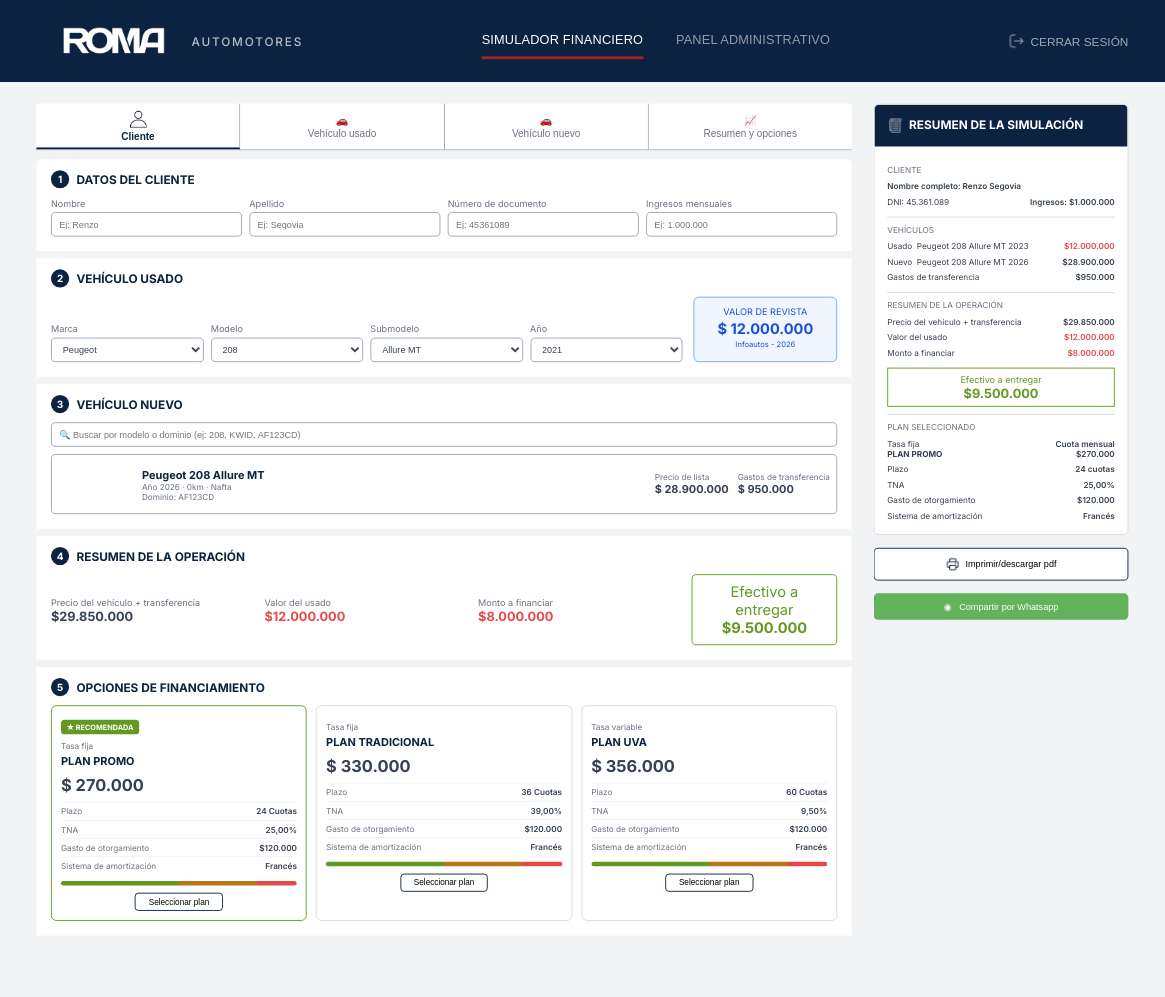
Repository: PPIII-9-012/Roma-System
Page: public/index.html
These files come from the project's save history. The page is drawn as it stood at one moment and after the next save; the edit follows.
The browser window is 1280 px wide. The pictures show the whole page, at 91% of full size.

Above is the page before, as saved 2026-08-22 13:08:04.

### public/index.html
<!DOCTYPE html>
<html lang="es">
<head>
    <meta charset="UTF-8">
    <meta name="viewport" content="width=device-width, initial-scale=1.0">
    <title>Simulador Financiero — Roma Automotores</title>
    <link rel="preconnect" href="https://fonts.googleapis.com">
    <link href="https://fonts.googleapis.com/css2?family=Inter:wght@400;500;600;700&display=swap" rel="stylesheet">
    <style>
        * {
            box-sizing: border-box;
            margin: 0;
            padding: 0;
        }
        body {
            font-family: 'Inter', system-ui, sans-serif;
        }
        .navbar {
            height: 90px;
            background: #0B2341;
            color: #FFFFFF;
            display: flex;
            align-items: center;
            justify-content: space-between;
            padding: 0 40px;
            position: sticky;
            top: 0;
            z-index: 50;
        }
        .navbar-left,
        .navbar-links,
        .navbar-logout {
            display: flex;
            align-items: center;
        }
        .navbar-left {
            gap: 14px;
        }
        .navbar-links {
            gap: 36px;
        }
        .navbar-logo {
            width: auto;
            height: 70px;
            display: block;
        }
        .navbar-brand {
            font-size: 13px;
            opacity: .7;
            letter-spacing: 2px;
            font-weight: 500;
        }
        .navbar-brand,
        .navbar-link,
        .navbar-logout {
            color: #FFFFFF;
        }
        .navbar-link {
            font-size: 14px;
            opacity: .55;
            text-decoration: none;
            padding-bottom: 4px;
            letter-spacing: .2px;
            transition: opacity .15s;
            position: relative;
        }
        .navbar-link:hover {
            opacity: .85;
        }
        .navbar-link.active {
            opacity: 1;
        }
        .navbar-link.active::after {
            content: "";
            position: absolute;
            left: 0;
            right: 0;
            bottom: -10px;
            height: 3px;
            background: #a52222;
        }
        .navbar-logout {
            font-size: 13px;
            opacity: .6;
        }
        .navbar-logout:hover {
            opacity: 1;
        }
        .navbar-link,
        .navbar-logout {
            background: transparent;
            border: 0;
            cursor: pointer;
        }
        .navbar-logout {
            gap: 6px;
        }
        .logout-logo {
            width: auto;
            height: 18px;
            display: block;
        }
        body {
            background: #F1F3F4;
            color: #374151;
        }
        .app {
            display: flex;
            max-width: 1440px;
            margin: 0 auto;
            align-items: flex-start;
        }
        .main-col {
            flex: 1;
            min-width: 0;
            padding: 24px 24px 60px 40px;
        }
        .side-col {
            width: 320px;
            flex-shrink: 0;
            padding: 24px 40px 60px 0;
            position: sticky;
            top: 90px;
        }
        .progress-tabs {
            background: #FFFFFF;
            display: flex;
            border-bottom: 1px solid #9CA3AF;
            margin-bottom: 10px;
        }
        .progress-tab {
            flex: 1;
            min-width: 0;
            min-height: 50px;
            display: flex;
            flex-direction: column;
            align-items: center;
            justify-content: center;
            gap: 2px;
            padding: 5px 8px;
            background: #FFFFFF;
            border: 0;
            border-right: 1px solid #9CA3AF;
            color: #6B7280;
            cursor: pointer;
            font-size: 11px;
        }
        .progress-tab:last-child { border-right: 0; }
        .progress-tab.active { color: #0B2341; font-weight: 600; border-bottom: 2px solid #0B2341; }
        .progress-tab img { height: 22px; width: auto; }
        .form-card, .summary-card {
            background: #FFFFFF;
            border-radius: 6px;
            overflow: hidden;
        }
        .form-section {
            padding: 12px 16px 16px;
            border-bottom: 8px solid #F1F3F4;
        }
        .form-section-head {
            display: flex;
            align-items: center;
            gap: 8px;
            margin-bottom: 10px;
        }
        .form-section-num {
            width: 20px;
            height: 20px;
            border-radius: 50%;
            background: #0B2341;
            color: #FFFFFF;
            display: grid;
            place-items: center;
            font-size: 11px;
            font-weight: 700;
        }
        .form-section-title { color: #0B2341; font-size: 13px; font-weight: 700; }
        .field-row, .used-fields { display: grid; grid-template-columns: repeat(4, minmax(0, 1fr)); gap: 8px; }
        .field { display: flex; flex-direction: column; gap: 4px; min-width: 0; }
        .field label { font-size: 10px; color: #6B7280; }
        .field input, .field select, .search-input {
            width: 100%;
            height: 27px;
            padding: 4px 8px;
            border: 1px solid #9CA3AF;
            border-radius: 5px;
            background: #FFFFFF;
            color: #374151;
            font-size: 10px;
        }
        .used-layout { display: grid; grid-template-columns: 1fr 158px; gap: 12px; align-items: end; }
        .infoauto-box { background: #EFF6FF; border: 1px solid #70A5F8; border-radius: 6px; min-height: 72px; padding: 9px; text-align: center; color: #1D4ED8; font-size: 10px; }
        .infoauto-value { display: block; font-size: 16px; font-weight: 700; margin-top: 3px; }
        .search-wrap { position: relative; margin-bottom: 8px; }
        .new-car-card { display: grid; grid-template-columns: 82px 1fr auto auto; gap: 10px; align-items: center; border: 1px solid #9CA3AF; border-radius: 5px; padding: 7px; }
        .car-photo { width: 82px; height: 50px; object-fit: contain; }
        .car-name { font-size: 12px; font-weight: 700; color: #0B2341; }
        .car-meta, .price-label { font-size: 9px; color: #6B7280; }
        .price-value { font-size: 12px; font-weight: 700; color: #374151; }
        .op-grid { display: grid; grid-template-columns: repeat(3, 1fr) 160px; gap: 12px; align-items: center; }
        .op-label { font-size: 10px; color: #6B7280; }
        .op-value { font-size: 14px; font-weight: 700; }
        .negative { color: #E24B4A; }
        .cash-box { border: 1px solid #639922; border-radius: 5px; padding: 8px; text-align: center; color: #639922; }
        .cash-box strong { display: block; font-size: 16px; }
        .plans-grid { display: grid; grid-template-columns: repeat(3, 1fr); gap: 10px; }
        .plan-card { border: 1px solid #D9D9D9; border-radius: 6px; padding: 10px; min-width: 0; }
        .plan-card:first-child { border-color: #639922; }
        .plan-badge { display: inline-block; background: #639922; color: #FFFFFF; border-radius: 4px; padding: 3px 6px; font-size: 8px; font-weight: 700; }
        .plan-type { color: #6B7280; font-size: 9px; margin-top: 7px; }
        .plan-name { color: #0B2341; font-size: 12px; font-weight: 700; margin: 4px 0 8px; }
        .plan-price { color: #374151; font-size: 18px; font-weight: 700; margin-bottom: 8px; }
        .plan-row { display: flex; justify-content: space-between; border-top: 1px solid #F1F3F4; padding: 4px 0; font-size: 9px; }
        .plan-row span:first-child { color: #6B7280; }
        .plan-row span:last-child { font-weight: 600; }
        .rci { height: 5px; margin: 7px 0 3px; background: linear-gradient(to right, #639922 50%, #BA7517 50% 83%, #E24B4A 83%); border-radius: 4px; }
        .plan-button { display: block; margin: 8px auto 0; padding: 4px 14px; border: 1px solid #0B2341; background: #FFFFFF; border-radius: 4px; font-size: 9px; }
        .summary-card { border: 1px solid #D9D9D9; }
        .summary-head { background: #0B2341; color: #FFFFFF; padding: 14px; font-size: 13px; font-weight: 700; }
        .summary-logo {
            width: auto;
            height: 18px;
            vertical-align: middle;
            margin-right: 6px;
        }
        .summary-body { padding: 12px 14px; }
        .summary-title { color: #6B7280; font-size: 9px; text-transform: uppercase; margin: 8px 0 4px; }
        .summary-row { display: flex; justify-content: space-between; gap: 8px; padding: 3px 0; font-size: 9px; }
        .summary-row span:last-child { font-weight: 600; text-align: right; }
        .summary-divider { border: 0; border-top: 1px solid #D9D9D9; margin: 8px 0; }
        .summary-cash { border: 1px solid #639922; color: #639922; text-align: center; padding: 6px; margin-top: 8px; font-size: 10px; }
        .summary-cash strong { display: block; font-size: 14px; }
        .side-action { width: 100%; margin-top: 14px; padding: 9px; border: 1px solid #0B2341; border-radius: 5px; background: #FFFFFF; font-size: 10px; }
        .print-logo {
            width: auto;
            height: 16px;
            vertical-align: middle;
            margin-right: 6px;
        }
        .side-action.whatsapp { background: #63B35C; color: #FFFFFF; border: 0; }
        .cliente-logo {
            width: auto;
            height: 20px;
            display: block;
        }
        @media (max-width: 900px) {
            .navbar {
                height: auto;
                min-height: 90px;
                flex-wrap: wrap;
                gap: 14px 20px;
                padding: 14px 24px;
            }
            .navbar-links {
                order: 3;
                width: 100%;
                justify-content: center;
            }
            .navbar-link.active {
                padding-bottom: 4px;
            }
            .navbar-link.active::after {
                bottom: -4px;
            }
            .app { flex-direction: column; }
            .main-col, .side-col { width: 100%; padding: 16px 24px 24px; }
            .side-col { position: static; }
        }
        @media (max-width: 560px) {
            .navbar {
                align-items: center;
                padding: 12px 16px;
            }
            .navbar-logo {
                height: 50px;
            }
            .navbar-brand {
                font-size: 11px;
                letter-spacing: 1px;
            }
            .navbar-links {
                gap: 12px;
            }
            .navbar-link {
                font-size: 11px;
                letter-spacing: 0;
                text-align: center;
            }
            .navbar-logout {
                font-size: 11px;
            }
            .logout-logo {
                height: 16px;
            }
            .main-col, .side-col { padding: 12px 16px 20px; }
            .field-row, .used-fields, .plans-grid { grid-template-columns: 1fr; }
            .used-layout, .op-grid { grid-template-columns: 1fr; }
            .new-car-card { grid-template-columns: 64px 1fr; }
            .car-photo { width: 64px; }
        }

</style>
</head>
<body>
<div class="navbar">
    <div class="navbar-left">
        <img class="navbar-logo" src="logotiporoma.png" alt="Roma">
        <span class="navbar-brand">AUTOMOTORES</span>
    </div>
    <div class="navbar-links">
        <button class="navbar-link active" type="button">SIMULADOR FINANCIERO</button>
        <button class="navbar-link" type="button" id="panelAdmimBtn">PANEL ADMINISTRATIVO</button>
    </div>
    <button class="navbar-logout" type="button" id="logoutBtn">
        <img class="logout-logo" src="cerrarsesion.png" alt="">
        <span>CERRAR SESIÓN</span>
    </button>
</div>

<div class="app">
    <div class="main-col">
        <div class="progress-tabs">
            <button class="progress-tab active" data-target="sec-cliente"><img src="cliente.png" alt=""><span>Cliente</span></button>
            <button class="progress-tab" data-target="sec-usado"><span>🚗</span><span>Vehículo usado</span></button>
            <button class="progress-tab" data-target="sec-nuevo"><span>🚗</span><span>Vehículo nuevo</span></button>
            <button class="progress-tab" data-target="sec-opciones"><span>📈</span><span>Resumen y opciones</span></button>
        </div>
        <div class="form-card">
            <section class="form-section" id="sec-cliente">
                <div class="form-section-head"><span class="form-section-num">1</span><span class="form-section-title">DATOS DEL CLIENTE</span></div>
                <div class="field-row">
                    <div class="field"><label>Nombre</label><input placeholder="Ej: Renzo"></div>
                    <div class="field"><label>Apellido</label><input placeholder="Ej: Segovia"></div>
                    <div class="field"><label>Número de documento</label><input placeholder="Ej: 45361089"></div>
                    <div class="field"><label>Ingresos mensuales</label><input placeholder="Ej: 1.000.000"></div>
                </div>
            </section>
            <section class="form-section" id="sec-usado">
                <div class="form-section-head"><span class="form-section-num">2</span><span class="form-section-title">VEHÍCULO USADO</span></div>
                <div class="used-layout">
                    <div class="used-fields">
                        <div class="field"><label>Marca</label><select><option>Peugeot</option></select></div>
                        <div class="field"><label>Modelo</label><select><option>208</option></select></div>
                        <div class="field"><label>Submodelo</label><select><option>Allure MT</option></select></div>
                        <div class="field"><label>Año</label><select><option>2021</option></select></div>
                    </div>
                    <div class="infoauto-box">VALOR DE REVISTA<strong class="infoauto-value">$ 12.000.000</strong><small>Infoautos - 2026</small></div>
                </div>
            </section>
            <section class="form-section" id="sec-nuevo">
                <div class="form-section-head"><span class="form-section-num">3</span><span class="form-section-title">VEHÍCULO NUEVO</span></div>
                <div class="search-wrap"><input class="search-input" placeholder="🔍 Buscar por modelo o dominio (ej: 208, KWID, AF123CD)"></div>
                <div class="new-car-card">
                    <img class="car-photo" src="logotiporoma.png" alt="Vehículo">
                    <div><div class="car-name">Peugeot 208 Allure MT</div><div class="car-meta">Año 2026 · 0km · Nafta<br>Dominio: AF123CD</div></div>
                    <div><div class="price-label">Precio de lista</div><div class="price-value">$ 28.900.000</div></div>
                    <div><div class="price-label">Gastos de transferencia</div><div class="price-value">$ 950.000</div></div>
                </div>
            </section>
            <section class="form-section" id="sec-opciones">
                <div class="form-section-head"><span class="form-section-num">4</span><span class="form-section-title">RESUMEN DE LA OPERACIÓN</span></div>
                <div class="op-grid">
                    <div><div class="op-label">Precio del vehículo + transferencia</div><div class="op-value">$29.850.000</div></div>
                    <div><div class="op-label">Valor del usado</div><div class="op-value negative">$12.000.000</div></div>
                    <div><div class="op-label">Monto a financiar</div><div class="op-value negative">$8.000.000</div></div>
                    <div class="cash-box">Efectivo a entregar<strong>$9.500.000</strong></div>
                </div>
            </section>
            <section class="form-section">
                <div class="form-section-head"><span class="form-section-num">5</span><span class="form-section-title">OPCIONES DE FINANCIAMIENTO</span></div>
                <div class="plans-grid">
                    <div class="plan-card"><span class="plan-badge">★ RECOMENDADA</span><div class="plan-type">Tasa fija</div><div class="plan-name">PLAN PROMO</div><div class="plan-price">$ 270.000</div><div class="plan-row"><span>Plazo</span><span>24 Cuotas</span></div><div class="plan-row"><span>TNA</span><span>25,00%</span></div><div class="plan-row"><span>Gasto de otorgamiento</span><span>$120.000</span></div><div class="plan-row"><span>Sistema de amortización</span><span>Francés</span></div><div class="rci"></div><button class="plan-button">Seleccionar plan</button></div>
                    <div class="plan-card"><div class="plan-type">Tasa fija</div><div class="plan-name">PLAN TRADICIONAL</div><div class="plan-price">$ 330.000</div><div class="plan-row"><span>Plazo</span><span>36 Cuotas</span></div><div class="plan-row"><span>TNA</span><span>39,00%</span></div><div class="plan-row"><span>Gasto de otorgamiento</span><span>$120.000</span></div><div class="plan-row"><span>Sistema de amortización</span><span>Francés</span></div><div class="rci"></div><button class="plan-button">Seleccionar plan</button></div>
                    <div class="plan-card"><div class="plan-type">Tasa variable</div><div class="plan-name">PLAN UVA</div><div class="plan-price">$ 356.000</div><div class="plan-row"><span>Plazo</span><span>60 Cuotas</span></div><div class="plan-row"><span>TNA</span><span>9,50%</span></div><div class="plan-row"><span>Gasto de otorgamiento</span><span>$120.000</span></div><div class="plan-row"><span>Sistema de amortización</span><span>Francés</span></div><div class="rci"></div><button class="plan-button">Seleccionar plan</button></div>
                </div>
            </section>
        </div>
    </div>
    <aside class="side-col">
        <div class="summary-card"><div class="summary-head"><img class="summary-logo" src="resumen.png" alt="">RESUMEN DE LA SIMULACIÓN</div><div class="summary-body">
            <div class="summary-title">Cliente</div><div class="summary-row"><span>Nombre completo: Renzo Segovia</span></div><div class="summary-row"><span>DNI: 45.361.089</span><span>Ingresos: $1.000.000</span></div><hr class="summary-divider">
            <div class="summary-title">Vehículos</div><div class="summary-row"><span>Usado&nbsp; Peugeot 208 Allure MT 2023</span><span class="negative">$12.000.000</span></div><div class="summary-row"><span>Nuevo&nbsp; Peugeot 208 Allure MT 2026</span><span>$28.900.000</span></div><div class="summary-row"><span>Gastos de transferencia</span><span>$950.000</span></div><hr class="summary-divider">
            <div class="summary-title">Resumen de la operación</div><div class="summary-row"><span>Precio del vehículo + transferencia</span><span>$29.850.000</span></div><div class="summary-row"><span>Valor del usado</span><span class="negative">$12.000.000</span></div><div class="summary-row"><span>Monto a financiar</span><span class="negative">$8.000.000</span></div><div class="summary-cash">Efectivo a entregar<strong>$9.500.000</strong></div><hr class="summary-divider">
            <div class="summary-title">Plan seleccionado</div><div class="summary-row"><span>Tasa fija<br><b>PLAN PROMO</b></span><span>Cuota mensual<br>$270.000</span></div><div class="summary-row"><span>Plazo</span><span>24 cuotas</span></div><div class="summary-row"><span>TNA</span><span>25,00%</span></div><div class="summary-row"><span>Gasto de otorgamiento</span><span>$120.000</span></div><div class="summary-row"><span>Sistema de amortización</span><span>Francés</span></div>
        </div></div>
        <button class="side-action"><img class="print-logo" src="imprimir.png" alt="">Imprimir/descargar pdf</button><button class="side-action whatsapp">◉ &nbsp; Compartir por Whatsapp</button>
    </aside>
</div>

</body>
</html>

After the next save:
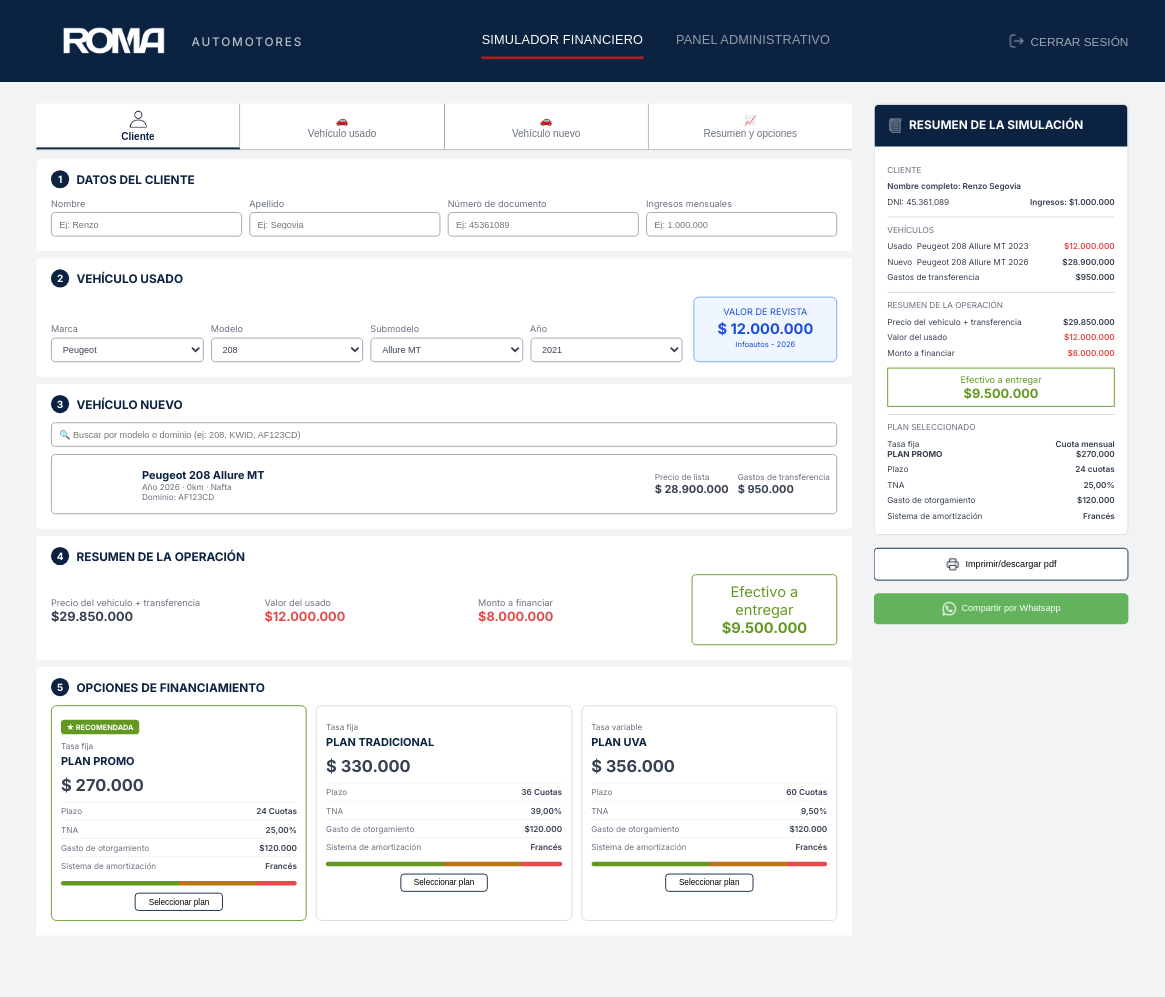
Saved 60 s later.
--- a/public/index.html
+++ b/public/index.html
@@ -232,6 +232,12 @@
         .summary-cash strong { display: block; font-size: 14px; }
         .side-action { width: 100%; margin-top: 14px; padding: 9px; border: 1px solid #0B2341; border-radius: 5px; background: #FFFFFF; font-size: 10px; }
         .print-logo {
+            width: auto;
+            height: 16px;
+            vertical-align: middle;
+            margin-right: 6px;
+        }
+        .whatsapp-logo {
             width: auto;
             height: 16px;
             vertical-align: middle;
@@ -383,7 +389,7 @@
             <div class="summary-title">Resumen de la operación</div><div class="summary-row"><span>Precio del vehículo + transferencia</span><span>$29.850.000</span></div><div class="summary-row"><span>Valor del usado</span><span class="negative">$12.000.000</span></div><div class="summary-row"><span>Monto a financiar</span><span class="negative">$8.000.000</span></div><div class="summary-cash">Efectivo a entregar<strong>$9.500.000</strong></div><hr class="summary-divider">
             <div class="summary-title">Plan seleccionado</div><div class="summary-row"><span>Tasa fija<br><b>PLAN PROMO</b></span><span>Cuota mensual<br>$270.000</span></div><div class="summary-row"><span>Plazo</span><span>24 cuotas</span></div><div class="summary-row"><span>TNA</span><span>25,00%</span></div><div class="summary-row"><span>Gasto de otorgamiento</span><span>$120.000</span></div><div class="summary-row"><span>Sistema de amortización</span><span>Francés</span></div>
         </div></div>
-        <button class="side-action"><img class="print-logo" src="imprimir.png" alt="">Imprimir/descargar pdf</button><button class="side-action whatsapp">◉ &nbsp; Compartir por Whatsapp</button>
+        <button class="side-action"><img class="print-logo" src="imprimir.png" alt="">Imprimir/descargar pdf</button><button class="side-action whatsapp"><img class="whatsapp-logo" src="whatsapp.png" alt="">Compartir por Whatsapp</button>
     </aside>
 </div>
 
